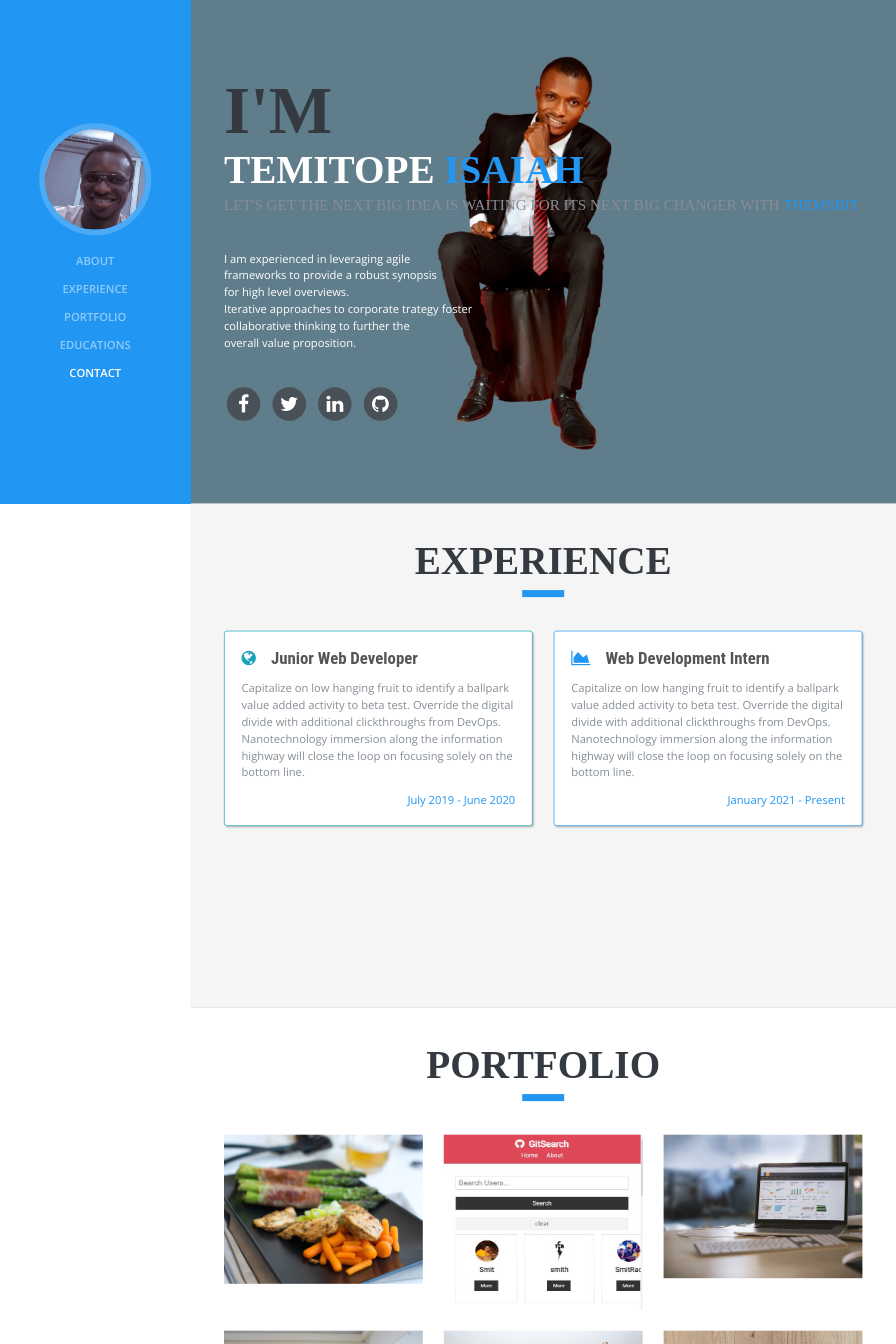
Repository: smit1298/portfolio
Page: index.html
An editor plug-in stored every save of this project. The page is shown before and after a run of saves, followed by the edit.
The browser window is 1280 px wide. The pictures show the part of the page from y = 0 to 1920 px (the page is 4819 px tall), at 70% of full size.
Some web fonts or font styles are not loaded; a fallback is used.

Above is the page before, as saved 2021-06-28 18:00:40.

After the next 2 saves:
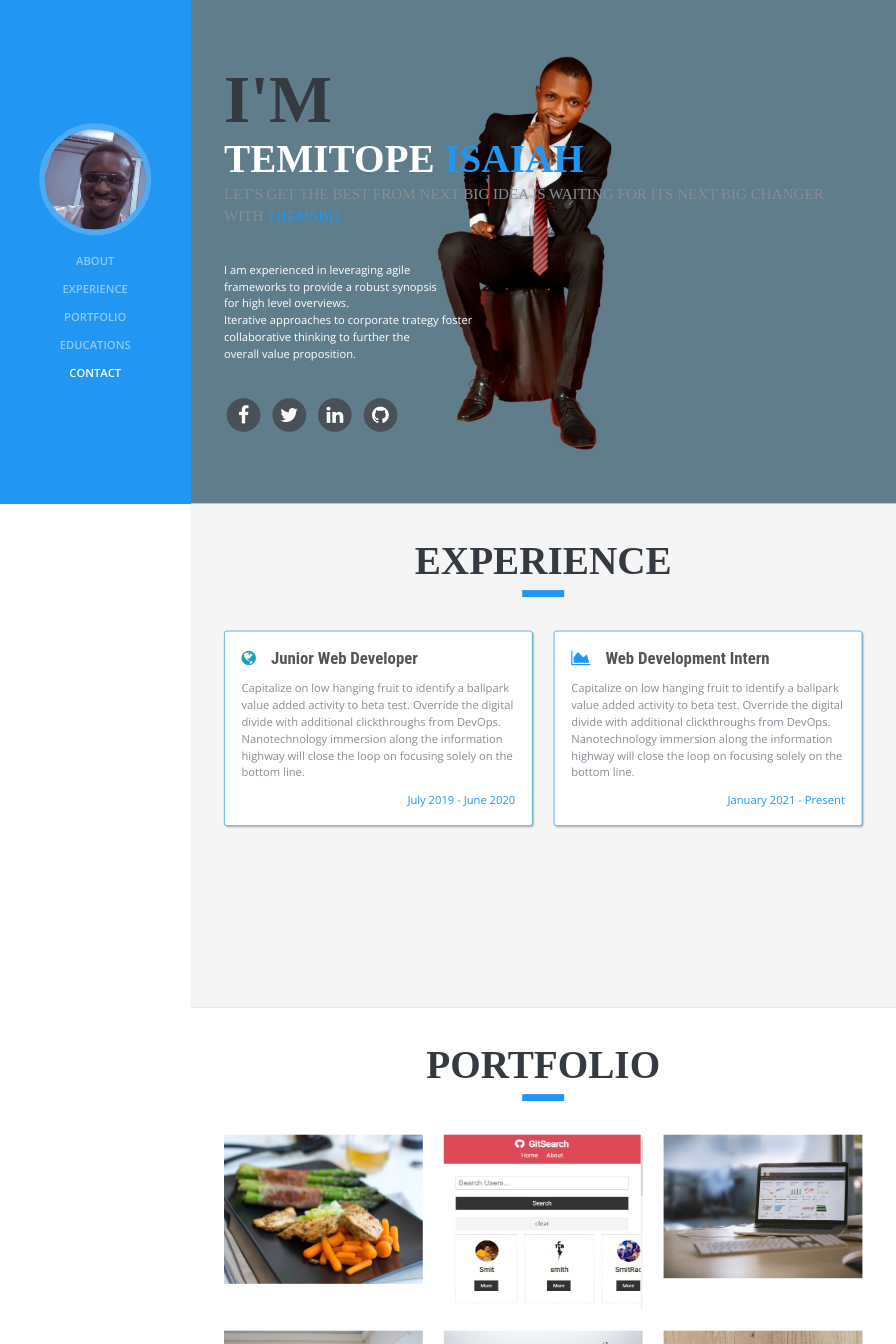
The 2 saves are shown as one change because they came seconds apart.
The last was saved 8 s later.
--- a/index.html
+++ b/index.html
@@ -99,7 +99,7 @@
             <span class="text-primary">Isaiah</span>
           </h2>
           <div class="subheading mb-5">
-            LET'S GET THE NEXT BIG IDEA IS WAITING FOR ITS NEXT BIG CHANGER WITH
+            LET'S GET THE BEST FROM NEXT BIG IDEA IS WAITING FOR ITS NEXT BIG CHANGER WITH
             <a href="#">THEMSBIT</a>
           </div>
           <p class="mb-5" style="max-width: 500px">
